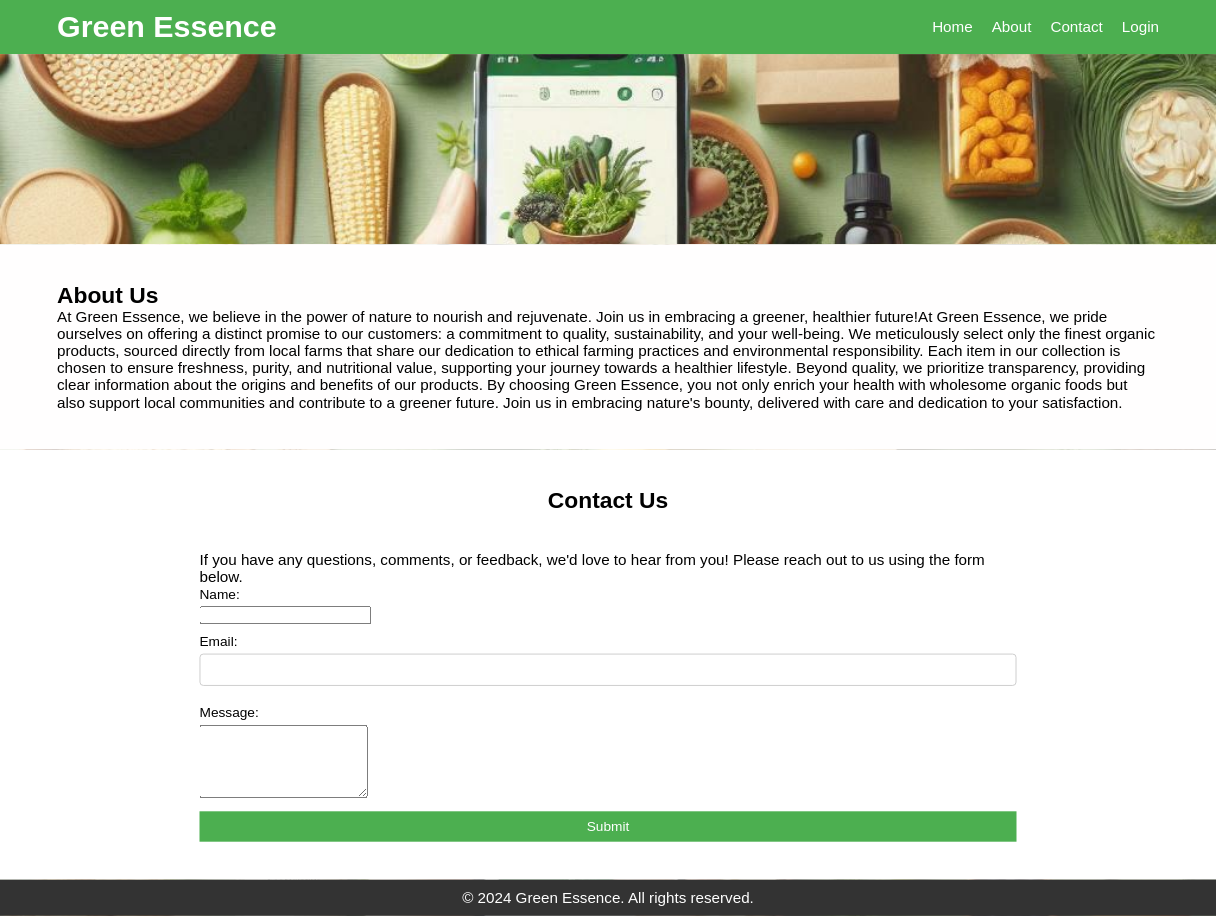
Repository: niki3210/Sahyadri
Page: Projectorganic/index.html
These files come from the project's save history. The page is drawn as it stood at one moment and after the next save; the edit follows.
The browser window is 1280 px wide. The pictures show the whole page, at 95% of full size.
Backgrounds fixed to the window are drawn as part of the page.

Above is the page before, as saved 2024-06-21 16:59:44.

### Projectorganic/index.html
<!DOCTYPE html>
<html lang="en">
<head>
    <meta charset="UTF-8">
    <meta name="viewport" content="width=device-width, initial-scale=1.0">
    <title>Green Essence - Organic Food Products</title>
    <link rel="stylesheet" href="styles.css">

</head>
<body>
    <header>
        <div class="container">
            <h1>Green Essence</h1>
            <nav>
                <ul>
                    <li><a href="#home">Home</a></li>
                    <li><a href="#about">About</a></li>
                    <li><a href="#contact">Contact</a></li>
                    <li><a href="login.html">Login</a></li>

                </ul>
            </nav>
        </div>
    </header>

    <section id="home">
        <div class="container">




        </div>
    </section>

    <section id="about">
        <div class="container">
            <h2>About Us</h2>
            <p>At Green Essence, we believe in the power of nature to nourish and rejuvenate. Join us in embracing a greener, healthier
                future!At Green Essence, we pride ourselves on offering a distinct promise to our customers: a commitment to quality,
                sustainability, and your well-being. We meticulously select only the finest organic products, sourced directly from
                local farms that share our dedication to ethical farming practices and environmental responsibility. Each item in
                our collection is chosen to ensure freshness, purity, and nutritional value, supporting your journey towards a
                healthier lifestyle. Beyond quality, we prioritize transparency, providing clear information about the origins and
                benefits of our products. By choosing Green Essence, you not only enrich your health with wholesome organic foods
                but also support local communities and contribute to a greener future. Join us in embracing nature's bounty,
                delivered with care and dedication to your satisfaction.</p>
        </div>
    </section>

    <section id="contact">
        <div class="container">
            <h2>Contact Us</h2>
            <p>If you have any questions, comments, or feedback, we'd love to hear from you! Please reach out to us using the form below.</p>
            <div class="contact-form">
                <form action="/submit_contact" method="POST">
                    <label for="name">Name:</label>
                    <input type="text" id="name" name="name" required>
                    <div class="error" id="name-error"></div>

                    <label for="email">Email:</label>
                    <input type="email" id="contact-email" name="email" required>
                    <div class="error" id="contact-email-error"></div>

                    <label for="message">Message:</label>
                    <textarea id="message" name="message" rows="5" required></textarea>
                    <div class="error" id="message-error"></div>

                    <button type="submit">Submit</button>
                </form>
            </div>
        </div>
    </section>




<footer>
<div class="container">
    <p>&copy; 2024 Green Essence. All rights reserved.</p>
</div>


</body>
</html>

### Projectorganic/styles.css
/* Combined CSS for Home, Login, and Register Pages */

/* Reset default browser styles */
* {
    box-sizing: border-box;
    margin: 0;
    padding: 0;
}

/* Global styles */
body {
    font-family: Arial, sans-serif;
    color: black;
    margin: 0;
    padding: 0;
    box-sizing: border-box;
    min-height: 100vh; /* Ensure body extends to at least the full height of the viewport */
    display: flex;
    flex-direction: column; /* Use flexbox to make sure footer stays at the bottom */
}

/* Header styles */
header {
    background-color: #4CAF50;
    color: white;
    padding: 10px 0;
}

header .container {
    display: flex;
    justify-content: space-between;
    align-items: center;
    max-width: 1200px;
    margin: 0 auto;
    padding: 0 20px;
}

header h1 {
    margin: 0;
}

header nav ul {
    list-style: none;
    margin: 0;
    padding: 0;
    display: flex;
}

header nav ul li {
    margin-left: 20px;
}

header nav ul li a {
    color: white;
    text-decoration: none;
}

header nav ul li a:hover {
    text-decoration: underline;
}

/* Home Page Styles */
#home {
    background-image: url('backgroundhome.jpeg');
    background-size: cover;
    background-repeat: no-repeat;
    background-position: center;
    background-attachment: fixed;
    color: white;
    text-align: center;
    padding: 100px 20px;
}

section {
    padding: 60px 0;
}

.container {
    max-width: 1200px;
    margin: 0 auto;
    padding: 0 20px;
}

/* About Section */
#about {
    background-color: #fffefe;
    padding: 40px 0;
}

/* Contact Section Styles */
#contact {
    background-color: #fff;
    padding: 40px 0;
}

#contact h2 {
    text-align: center;
    margin-bottom: 40px;
    color: #000000;
}

#contact .container {
    max-width: 900px;
    margin: 0 auto;
}

#contact .contact-info {
    text-align: center;
    margin-bottom: 20px;
}

#contact .contact-info p {
    margin: 10px 0;
}



/* Login/Register Styles */
.login-container,
.register-container {
    max-width: 320px;
    margin: 0 auto;
    padding: 15px;
    background-color: rgb(255, 255, 255);
    border-radius: 3px;
    box-shadow: 0 0 10px rgba(0, 0, 0, 0.1);
    flex: 1; /* Use flex: 1 to push footer to the bottom */
    margin-top: 30px;
    margin-bottom: 60px;
    padding: 20px;
}

body {
    font-family: Arial, sans-serif;
    background-image: url('backgroundhome.jpeg');
    background-size: cover;
    color: black;
}

.login-form, .register-form {
    padding: 15px;
    margin-bottom: 30px;
}

.login-form h2, .register-form h2 {
    text-align: center;
    margin-bottom: 15px;
    font-size: 1.5em;
}

label {
    display: block;
    margin-bottom: 5px;
    font-size: 0.9em;
}

input[type="email"],
input[type="password"] {
    width: 100%;
    padding: 8px;
    margin-bottom: 10px;
    border: 1px solid #ccc;
    border-radius: 4px;
    font-size: 0.9em;
}

.error {
    color: red;
    font-size: 0.8em;
    margin-bottom: 10px;
}

button {
    background-color: #4CAF50;
    color: white;
    border: none;
    padding: 8px 15px;
    cursor: pointer;
    transition: background-color 0.3s ease;
    width: 100%;
    font-size: 0.9em;
}

button:hover {
    background-color: #45a049;
}

/* Footer Styles */
footer {
    background-color: #333;
    color: white;
    text-align: center;
    padding: 10px 0;
    width: 100%;

}

footer a {
    color: white;
    margin: 0 10px;
    text-decoration: none;
}

footer a:hover {
    text-decoration: underline;
}

/* Pop-up Styles */
.popup {
    display: none;
    position: fixed;
    top: 20px; /* Position the pop-up near the top of the page */
    left: 50%;
    transform: translateX(-50%);
    background-color: white;
    box-shadow: 0 0 10px rgba(0, 0, 0, 0.1);
    border-radius: 8px;
    z-index: 1000;
    width: 90%; /* Make it full width with some margin */
    max-width: 320px;
    padding: 10px 20px;
}

.popup-content {
    text-align: center;
}

.popup .close {
    position: absolute;
    top: 10px;
    right: 10px;
    cursor: pointer;
    font-size: 1.5em;
}

/* Dashboard Styles */
/* Dashboard Styles */
.dashboard-main {
    flex: 1;
    padding: 20px;
}

.dashboard-section {
    background-color: #ffffff;
    padding: 20px;
    margin-bottom: 20px;
    box-shadow: 0 0 10px rgba(0, 0, 0, 0.1);
    border-radius: 8px;
    transition: transform 0.3s ease, box-shadow 0.3s ease;
}

.dashboard-section:hover {
    transform: translateY(-5px); /* Lift section on hover */
    box-shadow: 0 5px 15px rgba(0, 0, 0, 0.2); /* Add a subtle lift effect */
}

.dashboard-section h2 {
    margin-bottom: 10px;
    color: #4CAF50;
}

.sales-table {
    overflow-x: auto;
    animation: slideIn 0.5s ease; /* Slide in animation for the table */
}

.sales-table table {
    width: 100%;
    border-collapse: collapse;
}

.sales-table th, .sales-table td {
    border: 1px solid #6dfb07;
    padding: 12px; /* Increase padding for better readability */
    text-align: left;
}

.sales-table th {
    background-color: #d1f3d0d0;
    color: #4CAF50; /* Green theme color for table headers */
    text-transform: uppercase;
}

.sales-table tr:nth-child(even) {
    background-color: #f9f9f9;
}

.sales-table tr:hover {
    background-color: #f2f2f2;
}

After the next save:
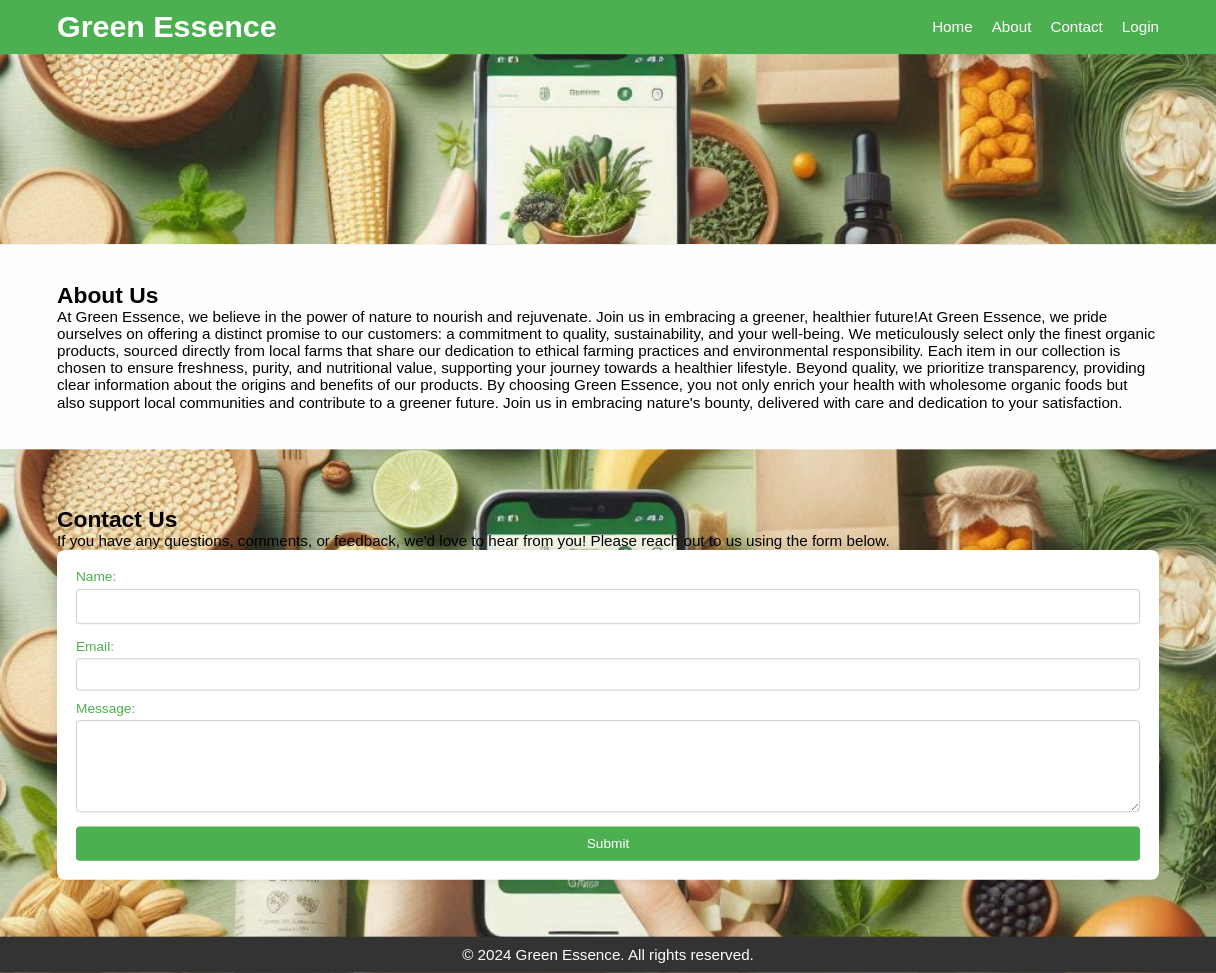
Saved 13 min 58 s later.
--- a/Projectorganic/styles.css
+++ b/Projectorganic/styles.css
@@ -87,31 +87,54 @@ section {
     padding: 40px 0;
 }
 
-/* Contact Section Styles */
-#contact {
+/* Contact Form Styles */
+.contact-form {
     background-color: #fff;
-    padding: 40px 0;
-}
-
-#contact h2 {
-    text-align: center;
-    margin-bottom: 40px;
-    color: #000000;
-}
-
-#contact .container {
-    max-width: 900px;
-    margin: 0 auto;
-}
-
-#contact .contact-info {
-    text-align: center;
-    margin-bottom: 20px;
-}
-
-#contact .contact-info p {
-    margin: 10px 0;
-}
+    padding: 20px;
+    box-shadow: 0 0 10px rgba(0, 0, 0, 0.1);
+    border-radius: 8px;
+}
+
+.contact-form form {
+    display: flex;
+    flex-direction: column;
+}
+
+.contact-form label {
+    margin-bottom: 5px;
+    color: #4CAF50;
+}
+
+.contact-form input,
+.contact-form textarea {
+    margin-bottom: 15px;
+    padding: 10px;
+    border: 1px solid #ccc;
+    border-radius: 4px;
+}
+
+.contact-form button {
+    padding: 10px 15px;
+    background-color: #4CAF50;
+    color: #fff;
+    border: none;
+    border-radius: 4px;
+    cursor: pointer;
+    transition: background-color 0.3s ease;
+}
+
+.contact-form button:hover {
+    background-color: #45a049;
+}
+
+/* Error Messages */
+.error {
+    color: red;
+    font-size: 0.9em;
+    margin-top: -10px;
+    margin-bottom: 10px;
+}
+
 
 
 
